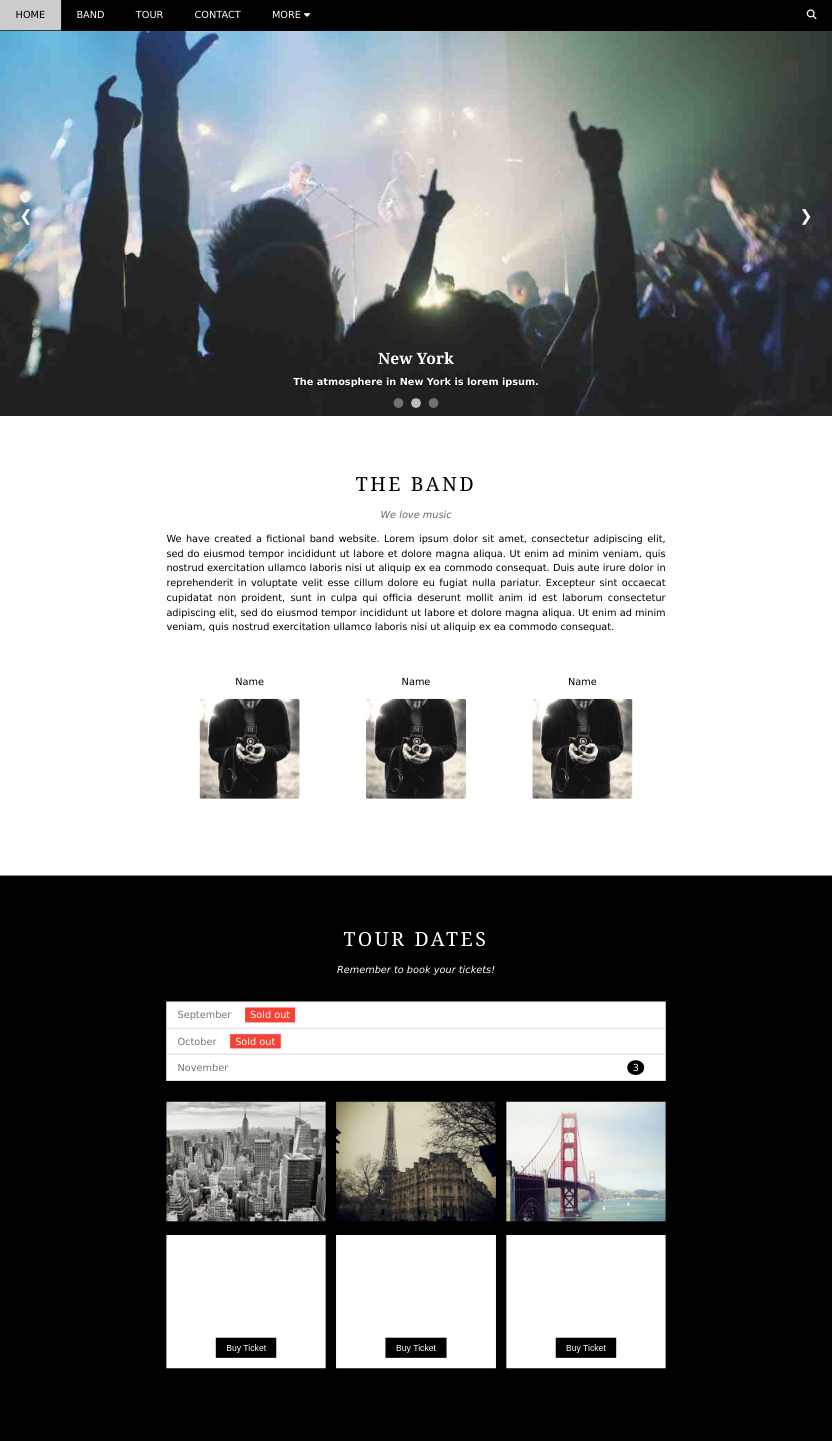
Repository: tam1512/The-Band
Page: index.html
An editor plug-in stored every save of this project. The page is shown before and after the next save, followed by the edit.
The browser window is 1280 px wide. The pictures show the whole page, at 65% of full size.
Some web libraries are served in a nearby version.

Above is the page before, as saved 2022-07-24 08:59:00.

### index.html
<!DOCTYPE html>
<html lang="en">
  <head>
    <meta charset="UTF-8" />
    <meta http-equiv="X-UA-Compatible" content="IE=edge" />
    <meta name="viewport" content="width=device-width, initial-scale=1.0" />
    <link
      rel="stylesheet"
      href="https://cdnjs.cloudflare.com/ajax/libs/font-awesome/6.1.1/css/all.min.css"
      integrity="sha512-KfkfwYDsLkIlwQp6LFnl8zNdLGxu9YAA1QvwINks4PhcElQSvqcyVLLD9aMhXd13uQjoXtEKNosOWaZqXgel0g=="
      crossorigin="anonymous"
      referrerpolicy="no-referrer"
    />
    <link rel="stylesheet" href="./assets/css/style.css" />
    <title>The Band</title>
  </head>
  <body>
    <div class="container">
      <div class="header" id="home">
        <ul class="header_nav">
          <li><a href="#home">HOME</a></li>
          <li><a href="#band">BAND</a></li>
          <li><a href="#tour">TOUR</a></li>
          <li><a href="#contact">CONTACT</a></li>
          <li class="header_nav_dropdown">
            <a href="javascript:void(0)" class="dropbtn">
              MORE
              <i class="fa-solid fa-caret-down"></i>
            </a>
            <div class="dropdown-content">
              <a href="#">Merchandise</a>
              <a href="#">Extras</a>
              <a href="#">Media</a>
            </div>
          </li>
        </ul>
        <div id="header_search">
          <i class="fa-solid fa-magnifying-glass text-white"></i>
        </div>
      </div>
      <!-- Slideshow container -->
      <div class="slider">
        <!-- Full-width image with caption text -->
        <div class="slider_slides-cont">
          <div class="slider_slide">
            <img src="assets/img/la.jpg" alt="Los Angeles" />
            <div class="text padding-32-16 text-white">
              <h3 class="fz-24 margin-10-0">Los Angeles</h3>
              <p class="margin-15-0">
                <b class="text-shadow">We had the bes time playing at Venice Beach!</b>
              </p>
            </div>
          </div>

          <div class="slider_slide">
            <img src="assets/img/ny.jpg" alt="New York" />
            <div class="text padding-32-16 text-white">
              <h3 class="fz-24 margin-10-0">New York</h3>
              <p class="margin-15-0">
                <b class="text-shadow">The atmosphere in New York is lorem ipsum.</b>
              </p>
            </div>
          </div>

          <div class="slider_slide">
            <img src="assets/img/chicago.jpg" alt="Chicago" />
            <div class="text padding-32-16 text-white">
              <h3 class="fz-24 margin-10-0">Chicago</h3>
              <p class="margin-15-0">
                <b class="text-shadow">Thank you, Chicago - A night we won't forget</b>
              </p>
            </div>
          </div>
        </div>

        <!-- The pagination/circles -->
         <div class="slider_pagination"></div>

        <!-- Next and previous buttons (navigatin slide)-->
        <a class="prev">&#10094</a>
        <a class="next">&#10095</a>
        </div>
      </div>
      <div class="content">
        <div class="padding-64-16 text-center" id="band">
          <h2 class="tilte fz-30 margin-10-0">THE BAND</h2>
          <p class="margin-15-0"><i class="sub-title text-opacity">We love music</i></p>
          <p class="band_content margin-15-0 text-justify">We have created a fictional band website. Lorem ipsum dolor sit amet, consectetur adipiscing elit, sed do eiusmod tempor incididunt ut labore et dolore magna aliqua. Ut enim ad minim veniam, quis nostrud exercitation ullamco laboris nisi ut aliquip ex ea commodo consequat. Duis aute irure dolor in reprehenderit in voluptate velit esse cillum dolore eu fugiat nulla pariatur. Excepteur sint occaecat cupidatat non proident, sunt in culpa qui officia deserunt mollit anim id est laborum consectetur adipiscing elit, sed do eiusmod tempor incididunt ut labore et dolore magna aliqua. Ut enim ad minim veniam, quis nostrud exercitation ullamco laboris nisi ut aliquip ex ea commodo consequat.</p>
          <div class="row band_members padding-32-0">
            <div class="third band_member">
              <p class="margin-15-0">Name</p>
              <img src="assets/img/bandmember.jpg" alt="band member" class="band_member_img margin-bottom-16">
            </div>
            <div class="third band_member">
              <p class="margin-15-0">Name</p>
              <img src="assets/img/bandmember.jpg" alt="band member" class="band_member_img margin-bottom-16">
            </div>
            <div class="third band_member">
              <p class="margin-15-0">Name</p>
              <img src="assets/img/bandmember.jpg" alt="band member" class="band_member_img margin-bottom-16">
            </div>
          </div>
          <!-- <div style="clear: both;"></div> -->
        </div>
        <div class="backgroud-black" id="tour">
          <div class="tour-container padding-64-16 text-center text-white">
            <h2 class="tilte fz-30 margin-10-0">TOUR DATES</h2>
            <p class="margin-15-0"><i class="sub-title">Remember to book your tickets!</i></p>
            <br>
            <ul class="list-month backgroud-white">
              <li class="month-item padding-8-16 boder-bottom">
                <p class="month text-grey">September</p>
                <span class="ticket-sold-out text-white">Sold out</span>
              </li>
              <li class="month-item padding-8-16 boder-bottom">
                <p class="month text-grey">October</p>
                <span class="ticket-sold-out text-white">Sold out</span>
              </li>
              <li class="month-item padding-8-16 boder-bottom">
                <p class="month text-grey">November</p>
                <span class="ticket-still text-white">3</span>
              </li>
            </ul>

            <div class="row ticket-list padding-32-8">
              <div class="ticket-wrap third margin-bottom-16 padding-0-8">
                <img class="ticket-img" src="assets/img/newyork.jpg" alt="Ticket New Yourk">
                <div class="tick-content padding-0-16 backgroud-white">
                  <p class="ticket-name margin-15-0"><b>New Yourk</b></p>
                  <p class="ticket-time text-opacity margin-15-0">Fri 27 Nov 2016</p>
                  <p class="ticket-desc margin-15-0">Praesent tincidunt sed tellus ut rutrum sed vitae justo.</p>
                  <button class="btn margin-bottom-16">Buy Ticket</button>
                </div>
              </div>
              <div class="ticket-wrap third margin-bottom-16 padding-0-8">
                <img class="ticket-img" src="assets/img/paris.jpg" alt="Ticket Chicago">
                <div class="tick-content padding-0-16 backgroud-white">
                  <p class="ticket-name margin-15-0"><b>Paris</b></p>
                  <p class="ticket-time text-opacity margin-15-0">Sat 28 Nov 2016</p>
                  <p class="ticket-desc margin-15-0">Praesent tincidunt sed tellus ut rutrum sed vitae justo.</p>
                  <button class="btn margin-bottom-16">Buy Ticket</button>
                </div>
              </div>
              <div class="ticket-wrap third margin-bottom-16 padding-0-8">
                <img class="ticket-img" src="assets/img/sanfran.jpg" alt="Ticket San Francisco">
                <div class="tick-content padding-0-16 backgroud-white">
                  <p class="ticket-name margin-15-0"><b>San Francisco</b></p>
                  <p class="ticket-time text-opacity margin-15-0">Sun 29 Nov 2016</p>
                  <p class="ticket-desc margin-15-0">Praesent tincidunt sed tellus ut rutrum sed vitae justo.</p>
                  <button class="btn margin-bottom-16">Buy Ticket</button>
                </div>
              </div>
            </div>
          </div>
        </div>
      </div>
    </div>
    <script src="assets/js/js.js"></script>
  </body>
</html>

### assets/css/style.css
:root {
}

* {
  padding: 0;
  margin: 0;
  box-sizing: border-box;
}

body {
  font-family: Verdana, sans-serif;
  font-size: 15px;
  line-height: 22.5px;
}

h1,
h2,
h3,
h4,
h5,
h6 {
  font-family: Georgia, serif;
}

.fz-24 {
  font-size: 24px;
}

.fz-30 {
  font-size: 30px;
}

.text-white {
  color: white;
}

.text-grey {
  color: #757575;
}

.text-opacity {
  opacity: 0.6 !important;
}

.backgroud-black {
  background-color: #000;
}

.backgroud-white {
  background-color: #fff;
}

.text-center {
  text-align: center;
}

.text-justify {
  text-align: justify;
}

.text-left {
  text-align: left;
}

.padding-0-8 {
  padding: 0 8px !important;
}

.padding-0-16 {
  padding: 0 16px !important;
}

.padding-64-16 {
  padding: 64px 16px !important;
}

.padding-32-16 {
  padding: 32px 16px !important;
}

.padding-32-8 {
  padding: 32px 8px !important;
}

.padding-32-0 {
  padding: 32px 0 !important;
}

.padding-8-16 {
  padding: 8px 16px !important;
}

.padding-32 {
  padding: 32px !important;
}

.margin-0-24 {
  margin: 0 24px !important;
}

.margin-10-0 {
  margin: 10px 0 !important;
}

.margin-15-0 {
  margin: 15px 0 !important;
}

.margin-bottom-16 {
  margin-bottom: 16px;
}

.text-shadow {
  text-shadow: 0 0 3px #000;
}

.boder-bottom {
  border: 1px solid #ddd;
}

.btn {
  display: inline-block;
  text-decoration: none;
  color: white;
  border: none;
  outline: none;
  padding: 8px 16px;
  background-color: #000;
  text-align: center;
}

.header {
  position: fixed;
  top: 0;
  right: 0;
  left: 0;
  z-index: 2;
}

.header_nav {
  list-style-type: none;
  background-color: #000;
  overflow: hidden;
}

.header_nav > li {
  float: left;
}

.header_nav > li > a,
.dropbtn {
  display: inline-block;
  padding: 12px 24px;
  text-align: center;
  color: #fff;
  text-decoration: none;
}

.header_nav > li > a:hover,
.header_nav_dropdown:hover,
.dropbtn:hover,
.dropdown-content a:hover {
  background-color: #ccc;
  color: black;
}

li.header_nav_dropdown {
  display: inline-block;
  /* position: relative; */
}

.dropdown-content {
  display: none;
  position: absolute;
  min-width: 160px;
  background-color: #fff;
  box-shadow: 0px 8px 16px 0px rgba(0, 0, 0, 0.2);
  z-index: 1;
}

.dropdown-content a {
  color: #000 !important;
  text-align: left;
  padding: 8px 16px;
  display: block;
  text-decoration: none;
}

.header_nav_dropdown:hover .dropdown-content {
  display: block;
}

#header_search {
  position: absolute;
  top: 0;
  right: 0;
  padding: 12px 24px;
}

#header_search:hover {
  background-color: #f44336;
}

/* Slider */
/* Slideshow container */
.slider,
.slider_slides-cont {
  max-width: 100%;
  height: auto;
  position: relative;
  /* top: 47px; */
  margin: auto;
}

/* Hide the images by default */
.slider_slide {
  display: none;
}

.slider_slide:first-child {
  display: block;
}

.slider_slides-cont img {
  width: 100%;
  height: 100%;
}

/* Next & previous buttons */
.prev,
.next {
  cursor: pointer;
  position: absolute;
  top: 50%;
  transform: translate(0, -50%);
  margin: 10px;
  padding: 24px 20px;
  color: #fff;
  font-weight: bold;
  font-size: 24px;
  transition: background-color 0.6s ease;
  border-radius: 5px 5px 5px 5px;
  user-select: none;
}

/* Position the "next button" to the right */
.next {
  right: 0;
  border-radius: 5px 5px 5px 5px;
}

/* On hover, add a black backgroound color with a little bit see-through */
.prev:hover,
.next:hover {
  background-color: rgba(191, 191, 191, 0.6);
  color: rgb(26, 23, 23);
  font-weight: bolder;
}

/* Caption text */
.text {
  position: absolute;
  left: 50%;
  transform: translate(-50%, -100%);
  text-align: center;
}

.slider_pagination {
  position: absolute;
  left: 50%;
  transform: translate(-50%, -120%);
}

.slider_pagination_btn {
  cursor: pointer;
  padding: 6px;
  background-color: transparent;
  display: inline-block;
  transition: background-color 0.6s ease;
}

.slider_pagination_btn::before {
  content: "";
  display: inline-block;
  height: 15px;
  width: 15px;
  border-radius: 50%;
  background-color: #717171;
}
.slider_pagination_btn.slider_pagination_btn--sel::before,
.slider_pagination_btn:hover::before {
  background-color: #bbb;
}

/* content */

#band,
.tour-container,
#contact {
  max-width: 800px;
  margin-left: auto;
  margin-right: auto;
}

.tilte {
  font-weight: normal;
  line-height: 45px;
  letter-spacing: 4px;
}

/* band */
/* Third image */

.row:after {
  content: "";
  display: table;
  clear: both;
}

.third {
  float: left;
  width: calc(100% / 3);
}

.band_member_img {
  width: 60%;
  border-radius: 4px;
}

/* Month ticket */
.list-month {
  list-style-type: none;
  text-align: left;
}

.month-item {
  position: relative;
}

.month {
  display: inline-block;
}

.ticket-sold-out {
  display: inline-block;
  background-color: #f44336;
  padding: 0 8px;
  margin-left: 16px;
}

.ticket-still {
  display: inline-block;
  padding: 0 8px;
  position: absolute;
  right: 32px;
  text-align: center;
  background-color: #000;
  border-radius: 50%;
}

/* ticket list */
.ticket-list {
  margin: 0 -16px;
}

.ticket-img {
  width: 100%;
}

### assets/js/js.js
let currentIndex = 0;
let newIndex = 0;
let autoplay = true;

//tạo một object cho việc tự động chuyển slide
let Autoplay = {
  timerID: null,
  interval: 4000,

  start: function () {
    this.timerID = setInterval(function () {
      newIndex++;
      navigateSlider();
    }, this.interval);
  },

  reset: function () {
    clearInterval(this.timerID);
    this.start();
  },
};

let slideElements = document.getElementsByClassName("slider_slide");
let slidesLength = slideElements.length;
let paginationElement = document.getElementsByClassName("slider_pagination")[0];
let prevElement = document.getElementsByClassName("prev")[0];
let nextElement = document.getElementsByClassName("next")[0];

// lấy sự kiện click của 2 nut prev và next
prevElement.addEventListener("click", function () {
  newIndex--;
  navigateSlider();
});

nextElement.addEventListener("click", function () {
  newIndex++;
  navigateSlider();
});

// tạo số dot tương ứng với số slide
paginationHTML = [];
for (let i = 0; i < slidesLength; i++) {
  paginationHTML.push(
    `<span class="slider_pagination_btn" data-index="${i}"></span>`
  );
}
// Thêm paginationHTML vào bên trong thẻ HTML
paginationElement.innerHTML = paginationHTML.join("");

//kiểm tra xem đã có phần tử chứa class="slider_pagination_btn" chưa? nếu có lấy giá trị trong data-index của nó gán cho newIndex
paginationElement.addEventListener("click", function (e) {
  let target = e.target;
  if (target.classList.contains("slider_pagination_btn")) {
    newIndex = Number(target.getAttribute("data-index"));
    navigateSlider();
  }
});

// Hàm hiện thị slide
function navigateSlider() {
  // Kiểm tra để newIndex luôn nằm trong khoảng từ 0 -> slideLength
  if (newIndex < 0) {
    newIndex = slidesLength - 1;
  } else if (newIndex > slidesLength - 1) {
    newIndex = 0;
  }

  //Thêm và xóa slider_pagination_btn--sel
  paginationElement.childNodes[currentIndex].classList.remove(
    "slider_pagination_btn--sel"
  );
  paginationElement.childNodes[newIndex].classList.add(
    "slider_pagination_btn--sel"
  );

  //reset interval(khoảng thời gian) để slide không gặp vấn đề về chuyển đổi
  if (autoplay) {
    Autoplay.reset();
  }

  //Ẩn slide trước và hiện slide cần hiện
  slideElements[currentIndex].style.display = "none";
  slideElements[newIndex].style.display = "block";

  currentIndex = newIndex;
}

// thiết lập autoplay cho slider
if (autoplay) {
  Autoplay.start();
}

// khi load page sẽ bị lỗi hiển thị ban đầu, đây là cách giải quyết
navigateSlider();

After the next save:
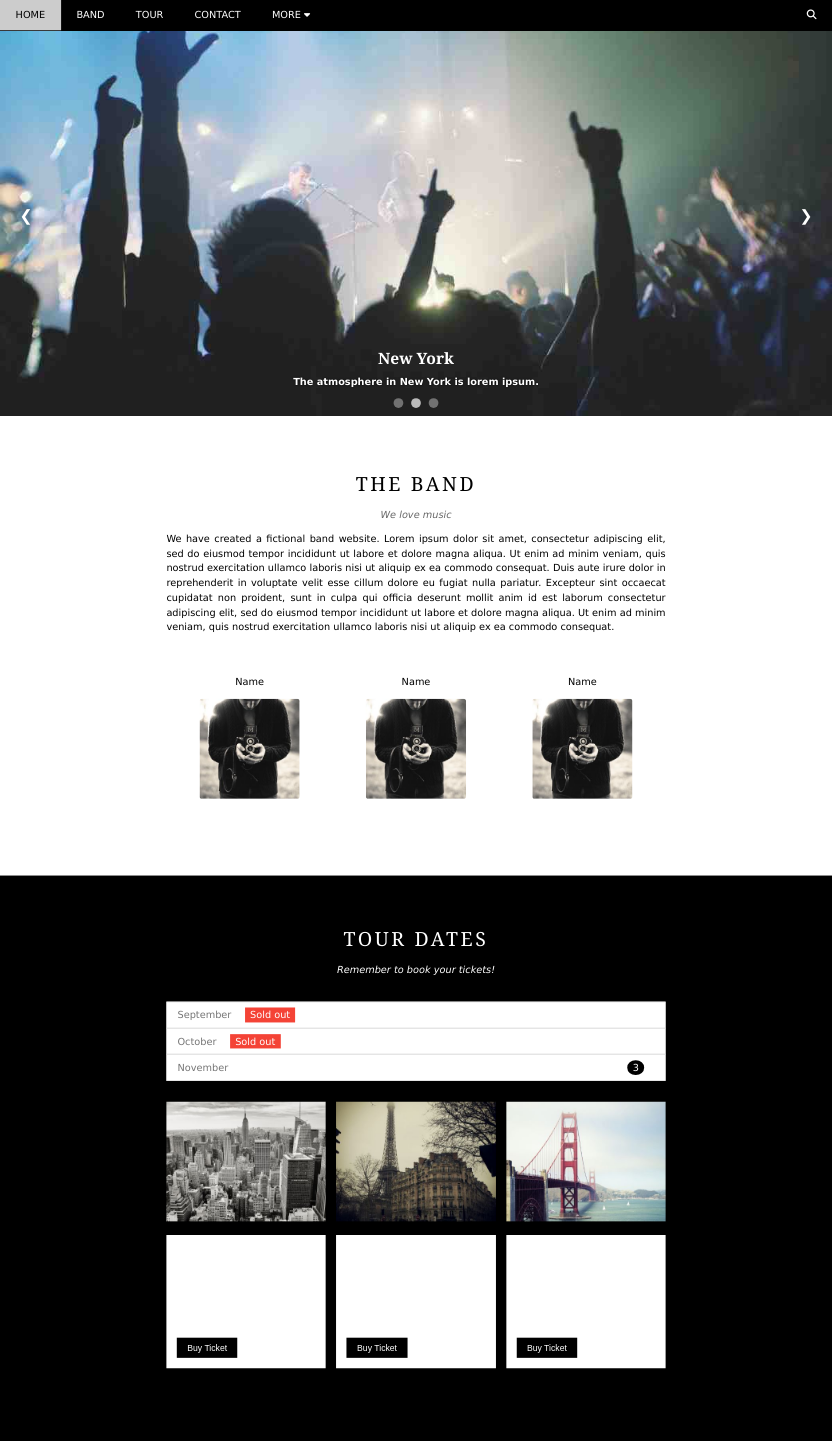
Saved 13 s later.
--- a/index.html
+++ b/index.html
@@ -125,7 +125,7 @@
             <div class="row ticket-list padding-32-8">
               <div class="ticket-wrap third margin-bottom-16 padding-0-8">
                 <img class="ticket-img" src="assets/img/newyork.jpg" alt="Ticket New Yourk">
-                <div class="tick-content padding-0-16 backgroud-white">
+                <div class="tick-content padding-0-16 backgroud-white text-left">
                   <p class="ticket-name margin-15-0"><b>New Yourk</b></p>
                   <p class="ticket-time text-opacity margin-15-0">Fri 27 Nov 2016</p>
                   <p class="ticket-desc margin-15-0">Praesent tincidunt sed tellus ut rutrum sed vitae justo.</p>
@@ -134,7 +134,7 @@
               </div>
               <div class="ticket-wrap third margin-bottom-16 padding-0-8">
                 <img class="ticket-img" src="assets/img/paris.jpg" alt="Ticket Chicago">
-                <div class="tick-content padding-0-16 backgroud-white">
+                <div class="tick-content padding-0-16 backgroud-white text-left">
                   <p class="ticket-name margin-15-0"><b>Paris</b></p>
                   <p class="ticket-time text-opacity margin-15-0">Sat 28 Nov 2016</p>
                   <p class="ticket-desc margin-15-0">Praesent tincidunt sed tellus ut rutrum sed vitae justo.</p>
@@ -143,7 +143,7 @@
               </div>
               <div class="ticket-wrap third margin-bottom-16 padding-0-8">
                 <img class="ticket-img" src="assets/img/sanfran.jpg" alt="Ticket San Francisco">
-                <div class="tick-content padding-0-16 backgroud-white">
+                <div class="tick-content padding-0-16 backgroud-white text-left">
                   <p class="ticket-name margin-15-0"><b>San Francisco</b></p>
                   <p class="ticket-time text-opacity margin-15-0">Sun 29 Nov 2016</p>
                   <p class="ticket-desc margin-15-0">Praesent tincidunt sed tellus ut rutrum sed vitae justo.</p>
